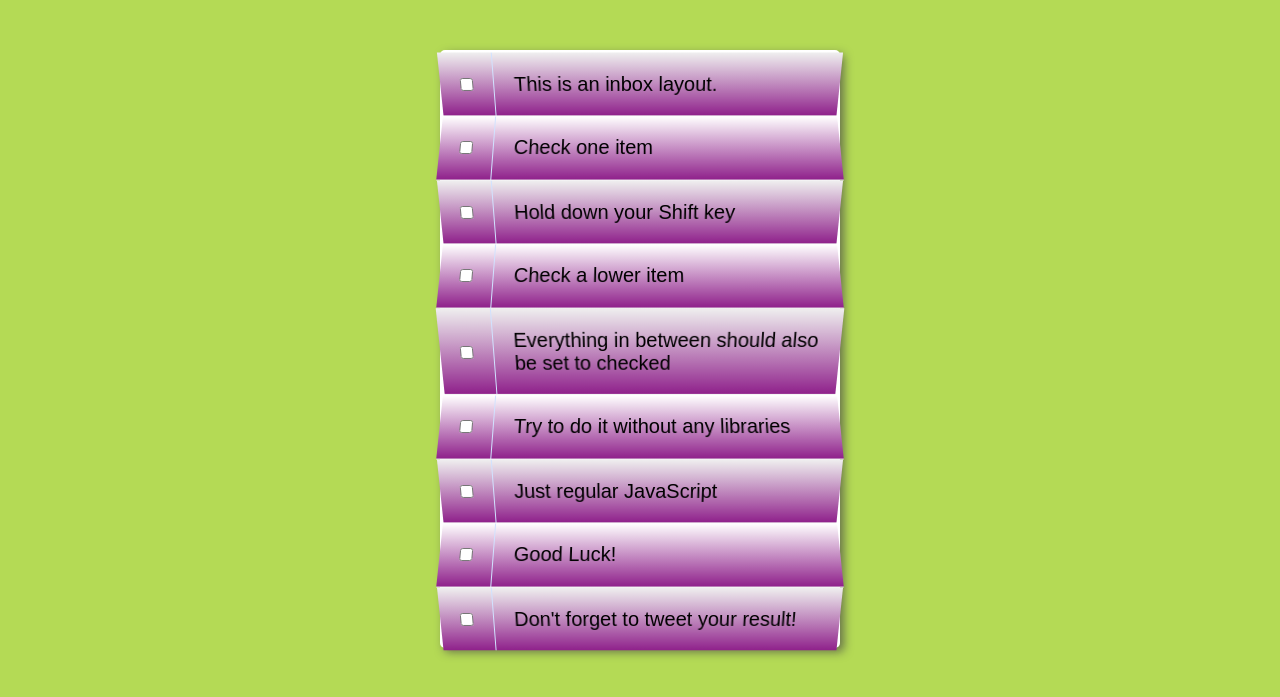
Repository: Freezler/Shift-Select-Checkboxes
Page: index.html
These files come from the project's save history. The page is drawn as it stood at one moment and after the next save; the edit follows.
The browser window is 1280 px wide. The pictures show the whole page.

Above is the page before, as saved 2024-09-07 21:25:05.

### index.html
<!DOCTYPE html>
<html lang="en">

<head>
  <meta charset="UTF-8">
  <title>Hold Shift to Check Multiple Checkboxes</title>
  <link rel="icon" href="https://fav.farm/🔥" />
</head>

<body>
  <style>
    html {
      font-family: sans-serif;
      font-weight: 500;

      background: rgb(180, 218, 85);
    }

    .inbox {
      max-width: 400px;
      margin: 50px auto;
      background: white;
      border-radius: 5px;
      box-shadow: 4px 4px 10px rgba(98, 108, 74, 0.947);
    }

    .item {
      display: flex;
      align-items: center;
      border-bottom: 1px solid #F1F1F1;
    }

    .item:last-child {
      border-bottom: 0;
    }

    input:checked+p {
      background: #F9F9F9;
      text-decoration: line-through;
    }

    input[type="checkbox"] {
      margin: 20px;

    }

    input:checked+p {
      background: #a30404bd;
      text-decoration: line-through;
      color: cornsilk
    }

    input:checked {
      accent-color: #a30404bd;
    }

    .inbox .item:nth-child(even) {
      transform: perspective(100px) rotateX(3deg) translateY(2px) scale(1.001);
      background: linear-gradient(to bottom, #ffffff 0%, #8f218b 100%);
    }

    .inbox .item:nth-child(odd) {
      transform: perspective(100px) rotateX(-3deg) translateY(3px);
      background: linear-gradient(to top, #8f218b 0%, #EFEFEF 100%);
    }

    p {
      margin: 0;
      padding: 20px;
      transition: background 0.2s;
      flex: 1;

      font-size: 20px;
      font-weight: 200;
      border-left: 1px solid #D1E2FF;
    }
  </style>
  <!--  The following is a common layout you would see in an email client.
        When a user clicks a checkbox, holds Shift, and then clicks another checkbox a few rows down, all the checkboxes in between those two checkboxes should be checked.

  -->
  <div class="inbox">
    <div class="item">
      <input type="checkbox">
      <p>This is an inbox layout.</p>
    </div>
    <div class="item">
      <input type="checkbox">
      <p>Check one item</p>
    </div>
    <div class="item">
      <input type="checkbox">
      <p>Hold down your Shift key</p>
    </div>
    <div class="item">
      <input type="checkbox">
      <p>Check a lower item</p>
    </div>
    <div class="item">
      <input type="checkbox">
      <p>Everything in between should also be set to checked</p>
    </div>
    <div class="item">
      <input type="checkbox">
      <p>Try to do it without any libraries</p>
    </div>
    <div class="item">
      <input type="checkbox">
      <p>Just regular JavaScript</p>
    </div>
    <div class="item">
      <input type="checkbox">
      <p>Good Luck!</p>
    </div>
    <div class="item">
      <input type="checkbox">
      <p>Don't forget to tweet your result!</p>
    </div>
  </div>

  <script>
    const checkboxes = document.querySelectorAll('.inbox input[type="checkbox"]');
    checkboxes.forEach(checkbox => checkbox.addEventListener('click', handleCheck))

    let lastChecked;

    function handleCheck(e) {
      // check for shift-press

      if (e.shiftKey && this.checked) {
        console.log("haha it's clicked with shift down AND checked!")
      }
      if (e.shiftKey && !this.checked) {
        console.log("haha it's clicked with shift down but not checked!")
      }
      lastChecked = this;
    }

  </script>
</body>

</html>

After the next save:
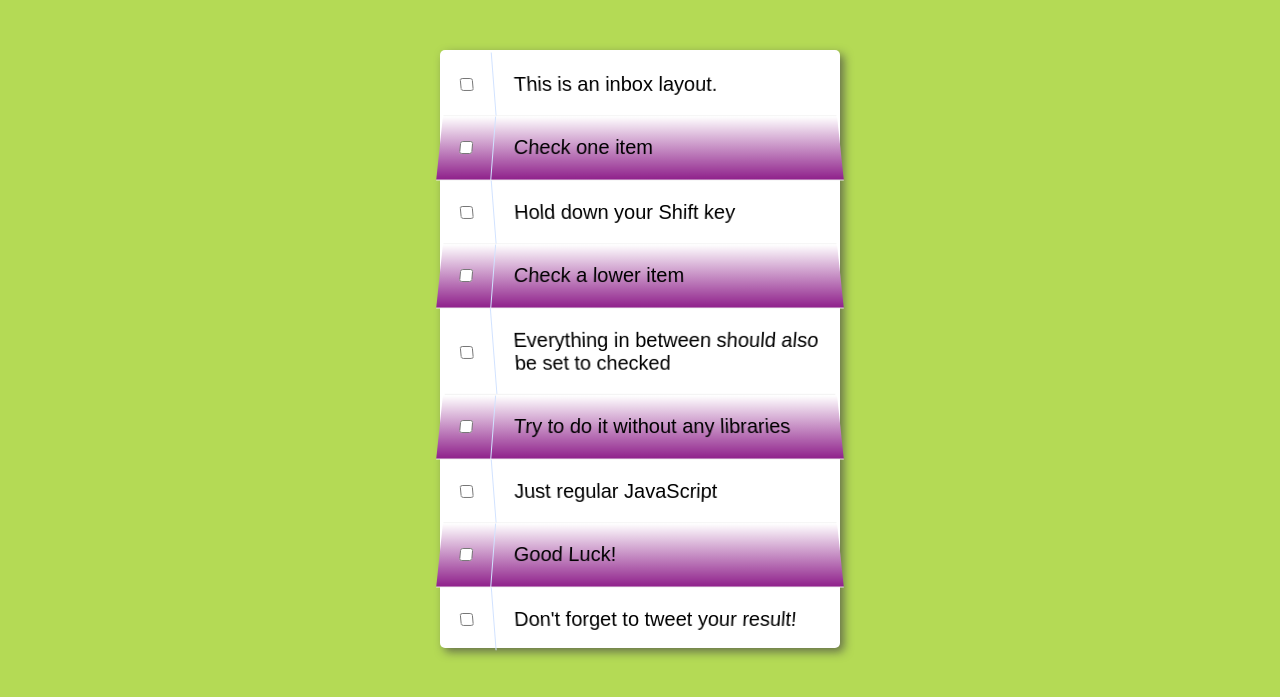
Saved 13 s later.
--- a/index.html
+++ b/index.html
@@ -61,7 +61,7 @@
 
     .inbox .item:nth-child(odd) {
       transform: perspective(100px) rotateX(-3deg) translateY(3px);
-      background: linear-gradient(to top, #8f218b 0%, #EFEFEF 100%);
+
     }
 
     p {
